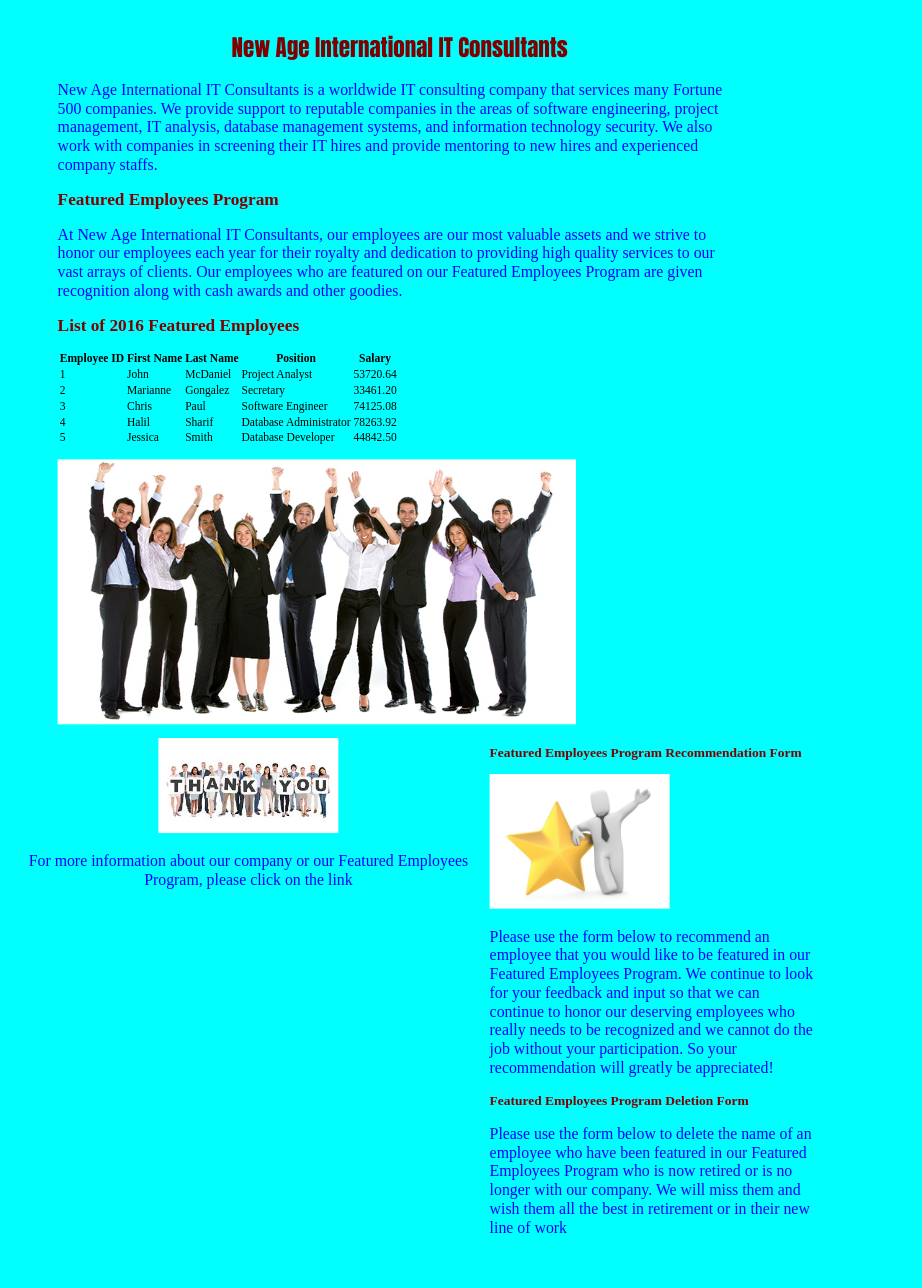
Repository: myjavaweb2/Week5JDBCAssignments
Page: myweek4project/src/main/webapp/employee.html
The author's editor kept a copy of each file at every save. The page is drawn from the files as they stood at one save, then again after the next save.
The browser window is 1280 px wide. The pictures show the whole page, at 72% of full size.

Above is the page before, as saved 2016-08-30 18:45:02.

After the next save:
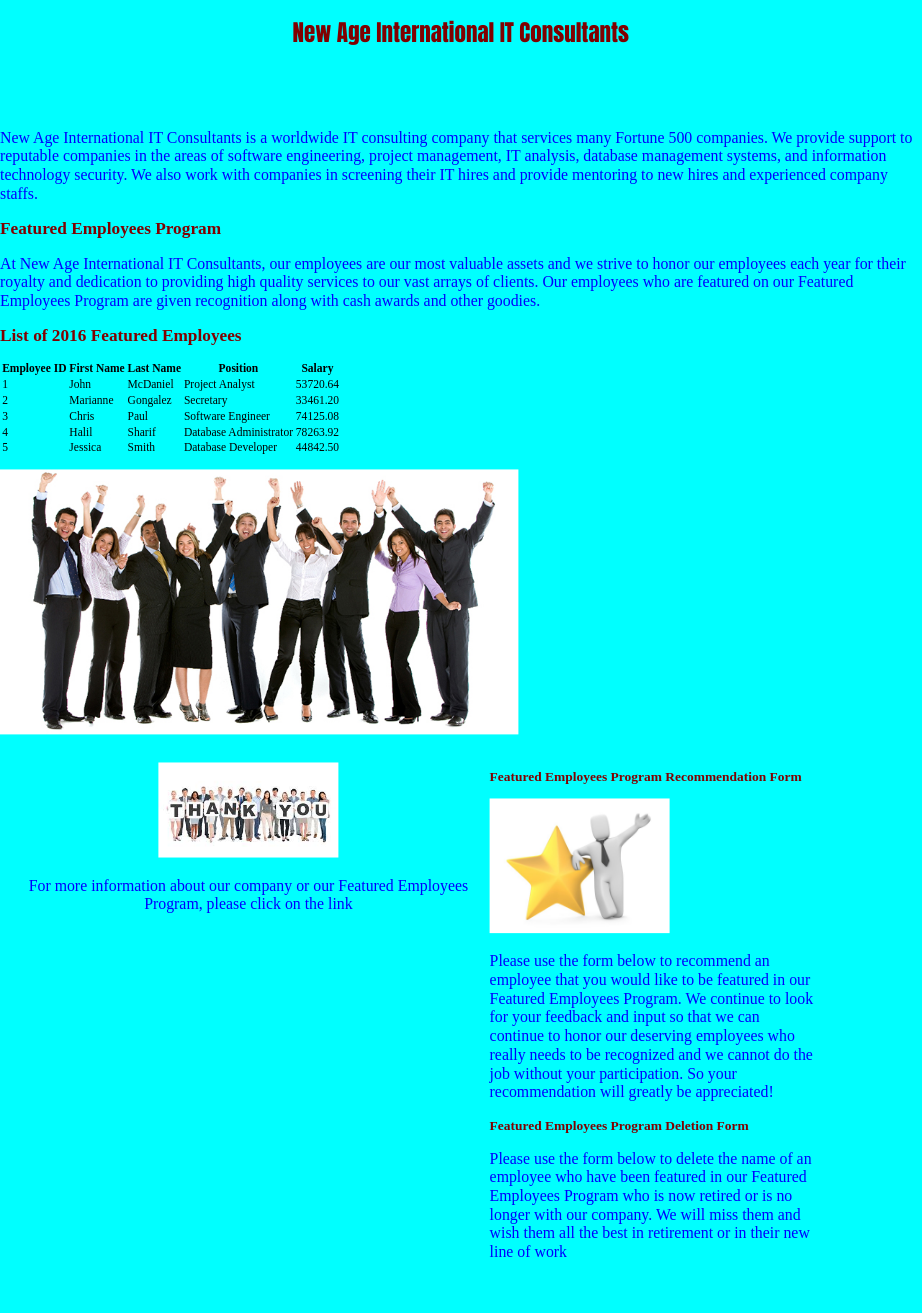
Saved 9 min 6 s later.
--- a/myweek4project/src/main/webapp/employee.html
+++ b/myweek4project/src/main/webapp/employee.html
@@ -5,9 +5,15 @@
 <title>Employee Recognition Program</title>
 
 <link rel="stylesheet" type="text/css" href="styles.css">
+</head>
+<body>
 
-<main>
+<header>
+
 <h1>New Age International IT Consultants</h1>
+
+</header>
+
 <p>New Age International IT Consultants is a worldwide IT consulting company
 that services many Fortune 500 companies. We provide support to reputable
 companies in the areas of software engineering, project management, IT analysis,
@@ -71,7 +77,7 @@ recognition along with cash awards and other goodies.</p>
 <br>
 <img alt="2016 Featured Employees" src="images/employees.jpg">
 
-</main>
+
 
 <aside>
 <h3>Featured Employees Program Recommendation Form</h3>
